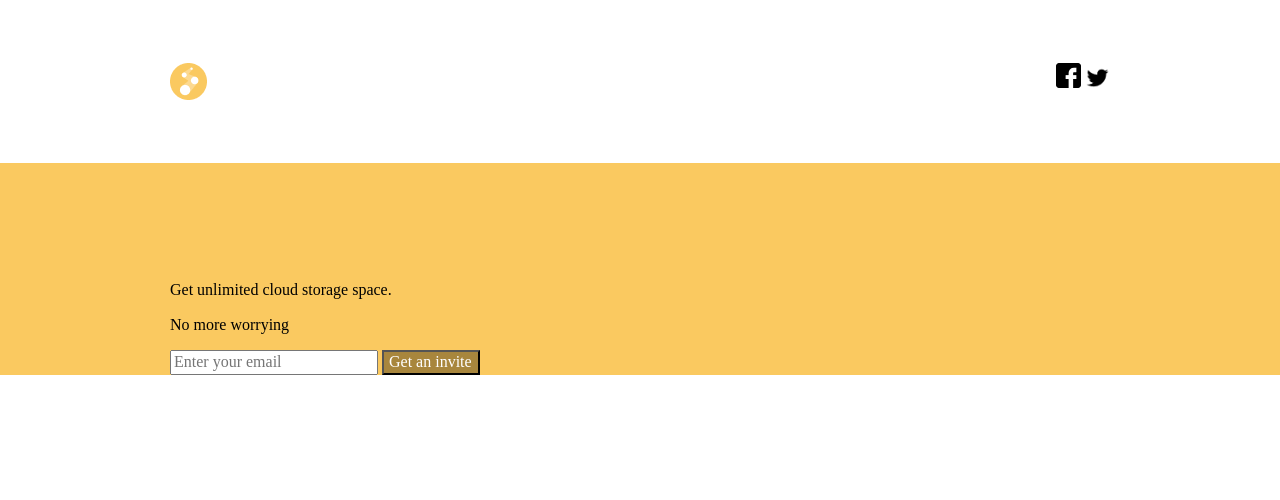
Repository: AndreyMykulych/user_home_work_Mykulych
Page: index.html
The author's editor kept a copy of each file at every save. The page is drawn from the files as they stood at one save, then again after the next save.
The browser window is 1280 px wide. The pictures show the whole page.

Above is the page before, as saved 2023-02-27 15:29:10.

After the next save:
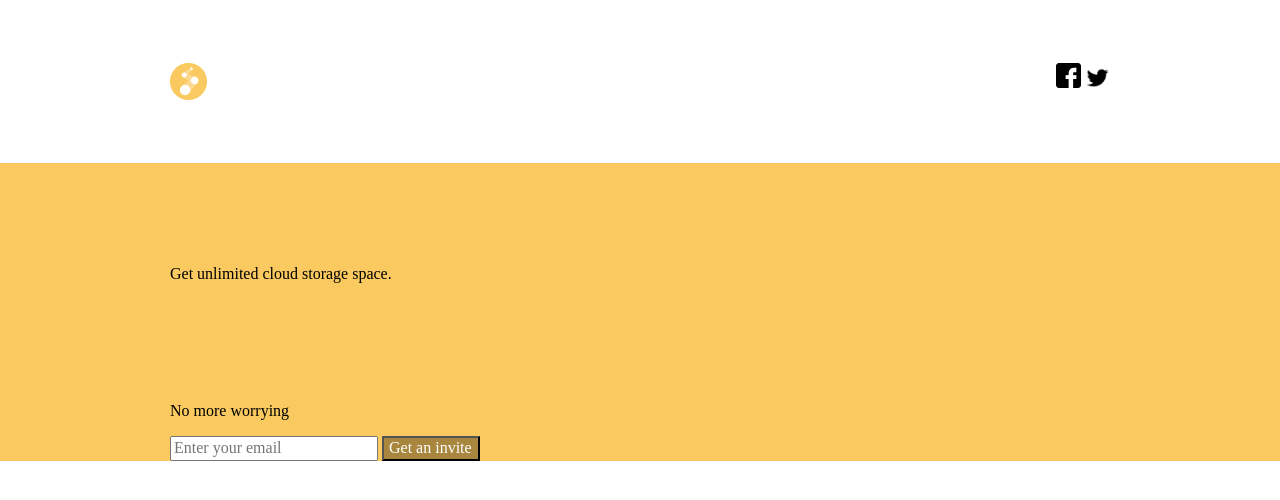
Saved 58 s later.
--- a/styles/style.css
+++ b/styles/style.css
@@ -33,7 +33,7 @@ height: 25px;
     background-color: #FAC960;
     height: auto;
     margin-top:43px;
-    padding-top: 102px;
+
 }
 .input-conteiner {
     width: 940px;
@@ -43,6 +43,7 @@ height: 25px;
 }
 .text {
     display: block;
+    padding-top: 102px;
 }
 form {
     display: inline-block;
